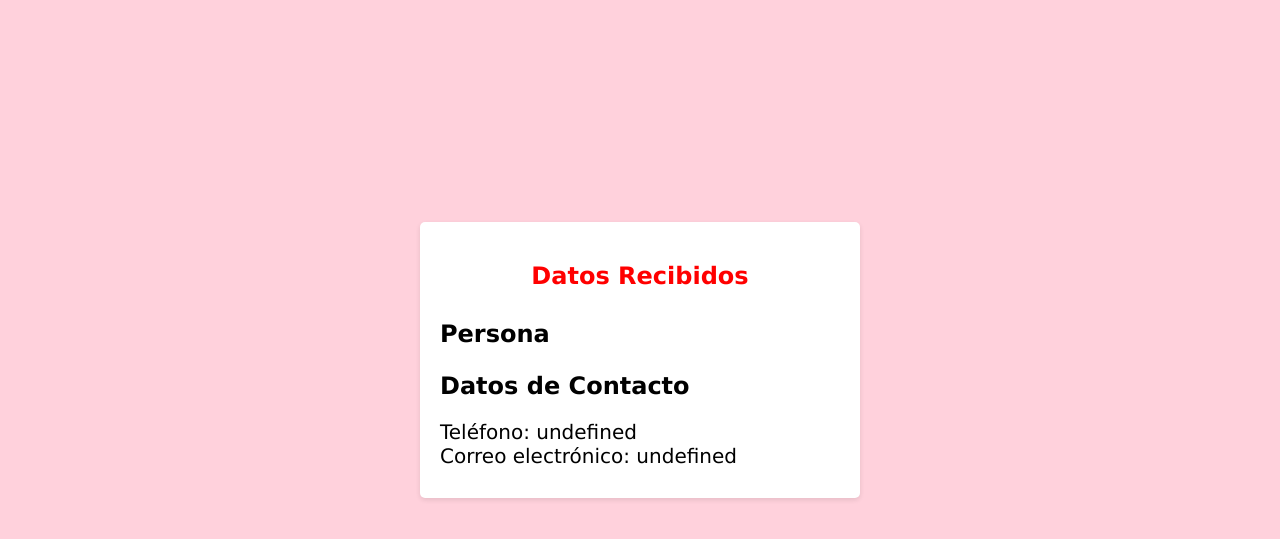
Repository: UVMCoyoacan/InnovaWeb
Page: recibedatosCV.html
These files come from the project's save history. The page is drawn as it stood at one moment and after the next save; the edit follows.
The browser window is 1280 px wide. The pictures show the whole page.

Above is the page before, as saved 2024-03-01 12:05:57.

After the next save:
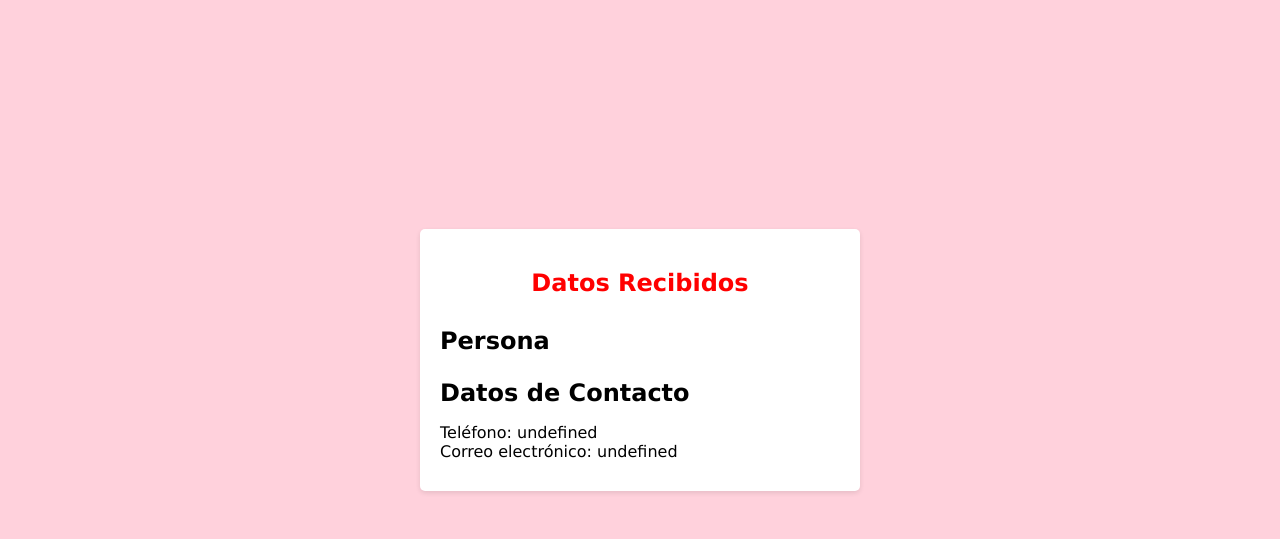
Saved 87 s later.
--- a/recibedatosCV.html
+++ b/recibedatosCV.html
@@ -36,7 +36,7 @@
         .dato {
             font-style:inherit;
             color: black;
-            font-size: 20px;
+            font-size: 16px;
         }
     </style>
 </head>

After the save that followed:
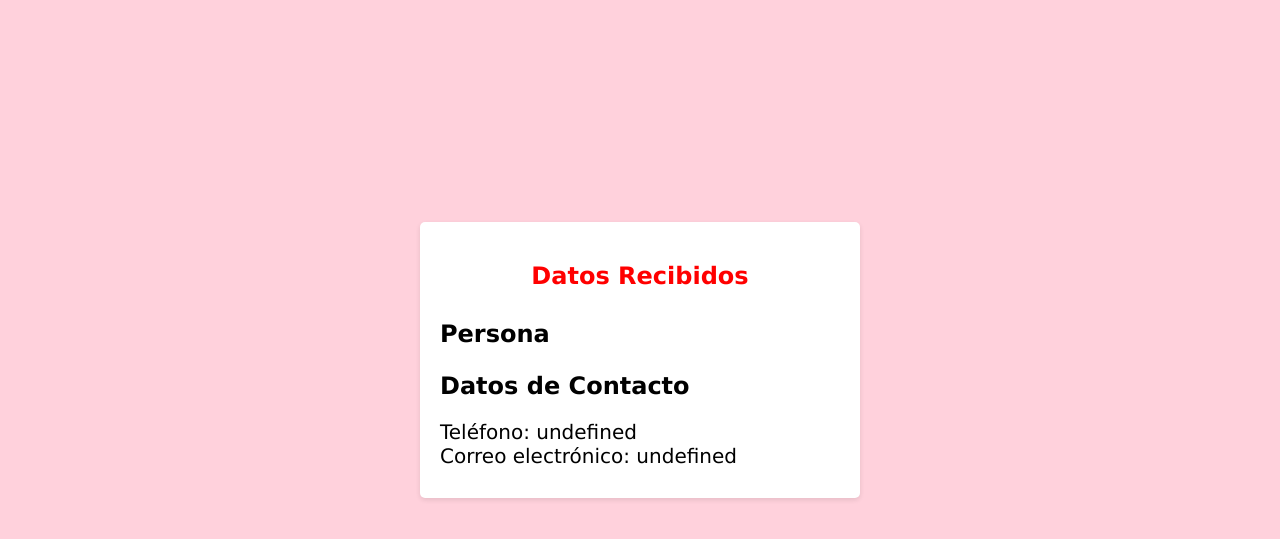
Saved 15 s later.
--- a/recibedatosCV.html
+++ b/recibedatosCV.html
@@ -36,7 +36,7 @@
         .dato {
             font-style:inherit;
             color: black;
-            font-size: 16px;
+            font-size: 20px;
         }
     </style>
 </head>
